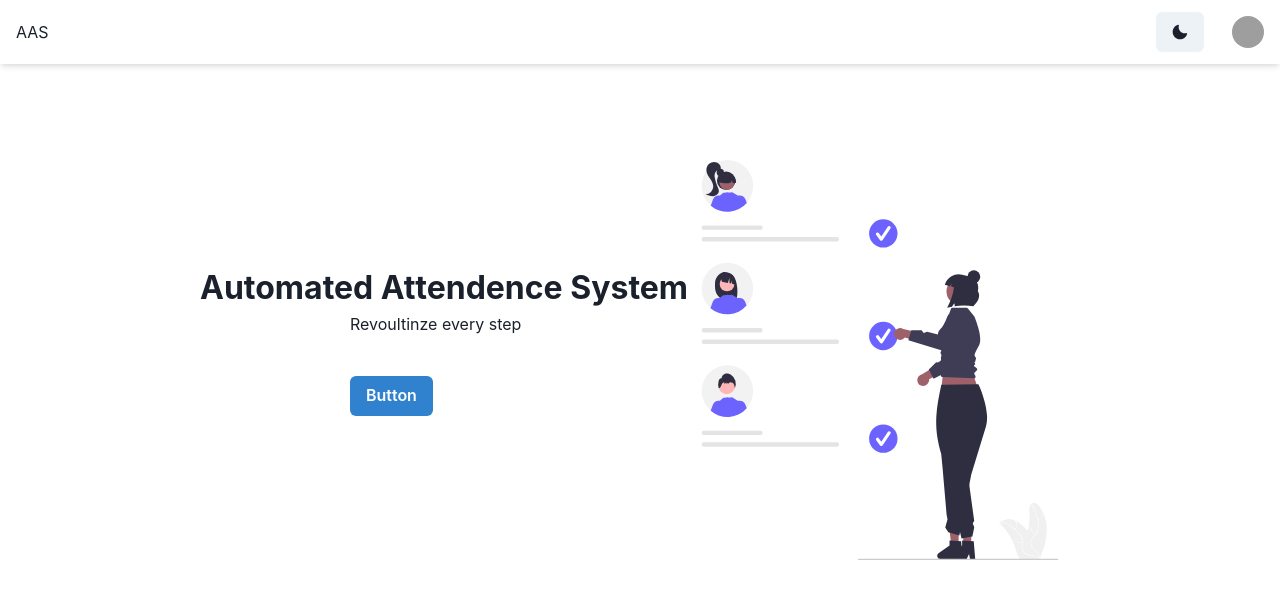
Repository: shash0708/attendence
Page: /
The author's editor kept a copy of each file at every save. The page is drawn from the files as they stood at one save, then again after a run of saves.
The browser window is 1280 px wide. The pictures show the whole page.
Pictures or frames that could not be fetched are drawn as grey boxes. The project was rebuilt for these pictures with package versions that can differ from the ones it lists, and the page was loaded fresh each time. Also part of the build but not shown: src/App.css, src/components/Login/Login.component.jsx, src/components/Signup/Signup.component.jsx, src/routes/Authentication/Authentication.component.jsx.

Above is the page before, as saved 2024-04-06 20:44:20.

After the next 3 saves:
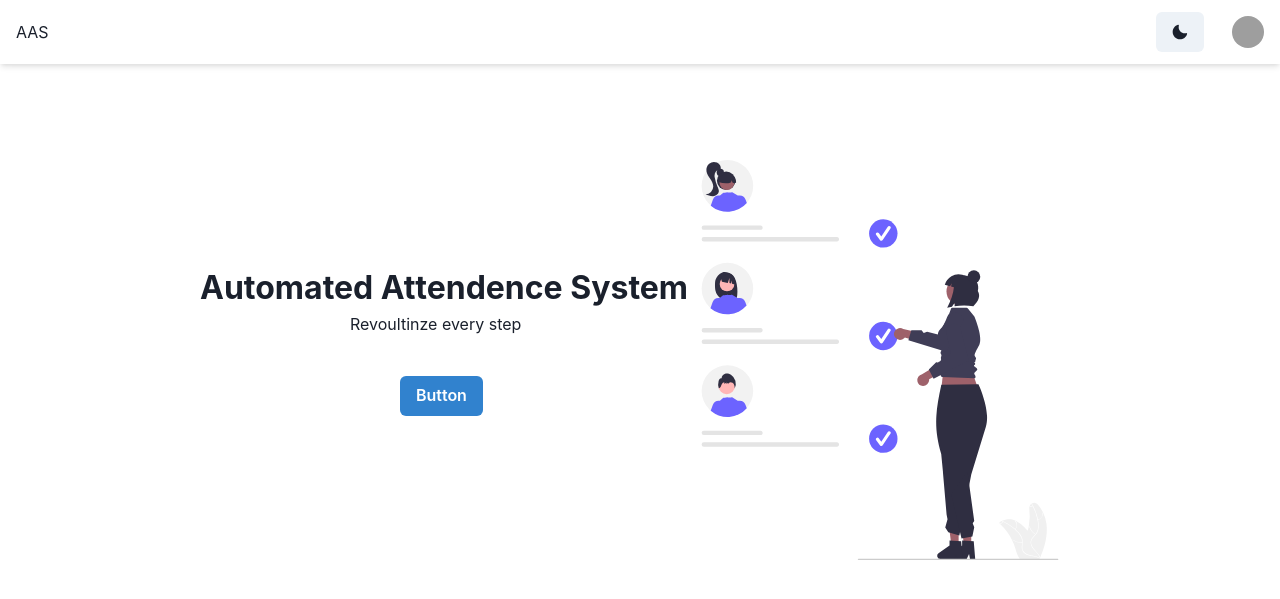
The 3 saves are shown as one change because they came seconds apart.
The last was saved 11 s later.
--- a/src/components/homeProp/HomeProp.styles.scss
+++ b/src/components/homeProp/HomeProp.styles.scss
@@ -31,6 +31,6 @@
   font-size: medium;
   position: fixed;
   top: 55%; // Adjust as needed
-  left: 350px; // Adjust as needed
+  left: 400px; // Adjust as needed
   transform: translateY(-50%);
 }
